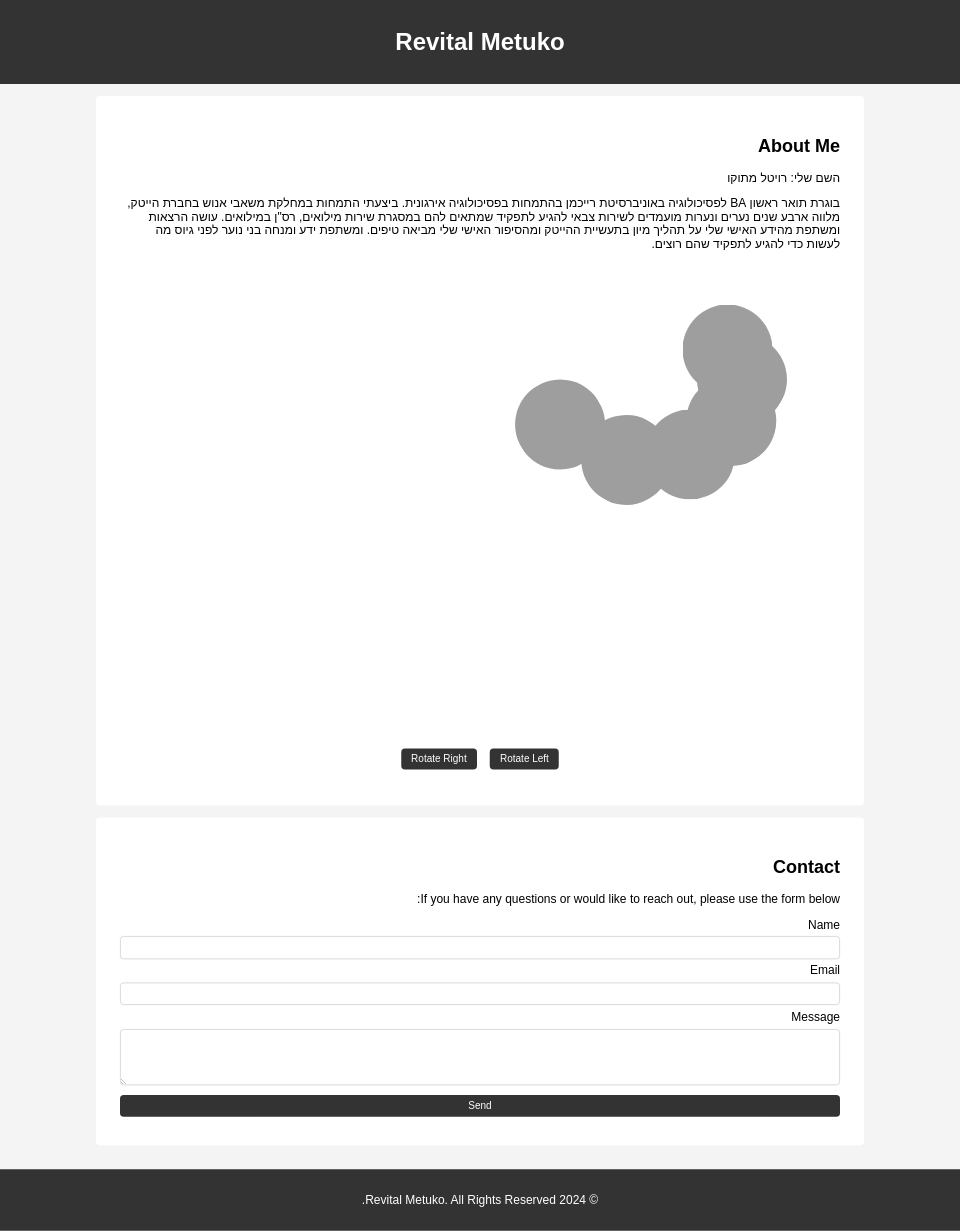
Repository: revitalmetuko/spiral-gallery
Page: RevitalWeb/index.html
An editor plug-in stored every save of this project. The page is shown before and after a run of saves, followed by the edit.
The browser window is 1280 px wide. The pictures show the whole page, at 75% of full size.
Pictures or frames that could not be fetched are drawn as grey boxes.

Above is the page before, as saved 2024-08-03 22:32:06.

After the next 3 saves:
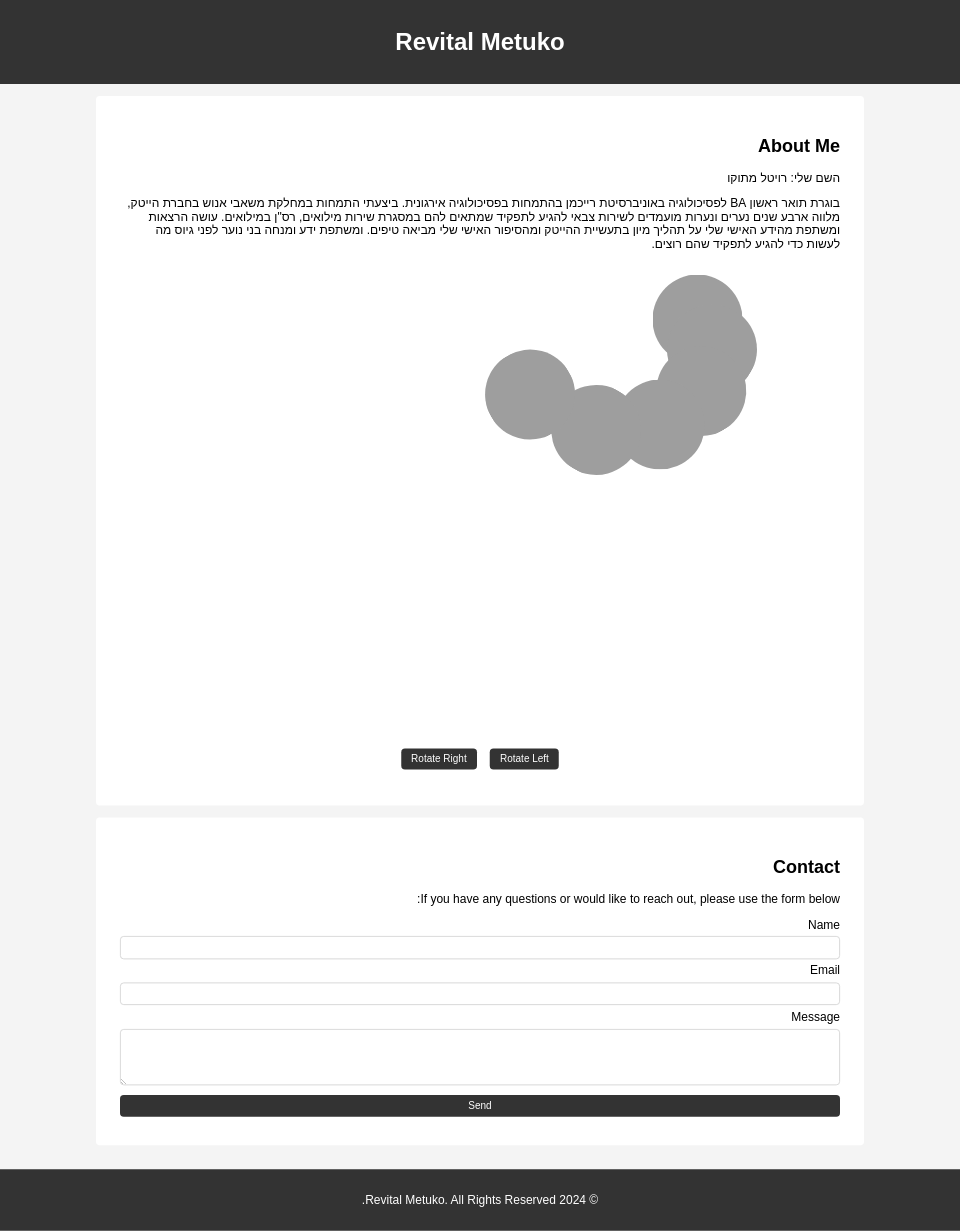
The 3 saves are shown as one change because they came seconds apart.
The last was saved 9 s later.
--- a/RevitalWeb/index.html
+++ b/RevitalWeb/index.html
@@ -140,8 +140,8 @@
             images.forEach((img, index) => {
                 const angle = index * angleStep + currentAngle;
                 const radians = angle * (Math.PI / 180);
-                const x = centerX + currentRadius * Math.cos(radians) - 60;  // Adjusted for larger image size
-                const y = centerY + currentRadius * Math.sin(radians) - 60;  // Adjusted for larger image size
+                const x = centerX + currentRadius * Math.cos(radians) - 100;  // Adjusted for larger image size
+                const y = centerY + currentRadius * Math.sin(radians) - 100;  // Adjusted for larger image size
                 img.style.transform = `translate(${x}px, ${y}px) rotate(${angle}deg)`;
                 currentRadius += radiusStep;
             });
